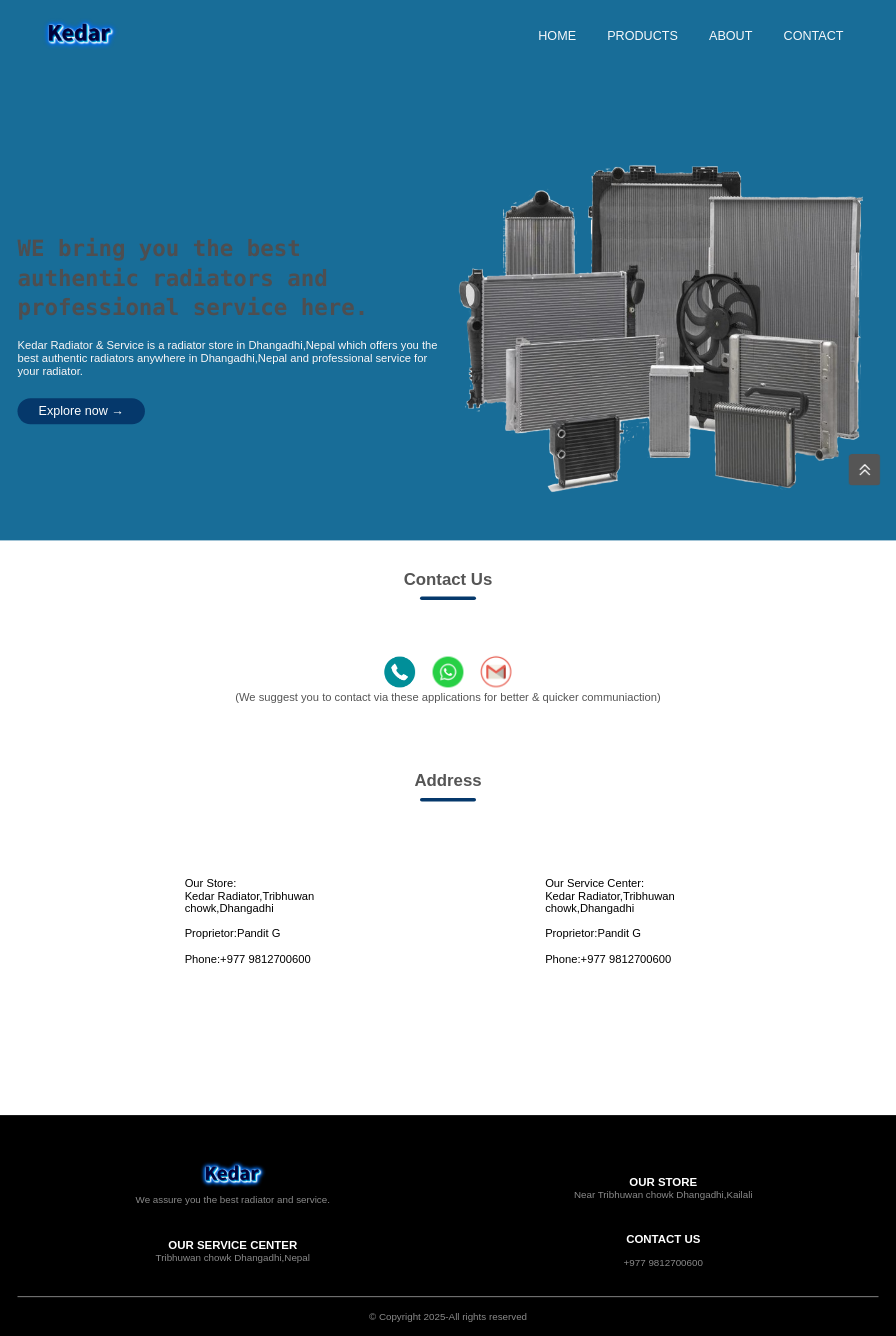
Repository: shyamchand-git/KedarRadiator
Page: contactsfrs.html
These files come from the project's save history. The page is drawn as it stood at one moment and after a run of saves; the edit follows.
The browser window is 1280 px wide. The pictures show the whole page, at 70% of full size.
Pictures or frames that could not be fetched are drawn as grey boxes. Some web fonts or font styles are not loaded; a fallback is used.

Above is the page before, as saved 2026-02-22 13:29:26.
Console error: TypeError: Cannot read properties of null (reading 'addEventListener')

### contactsfrs.html
<!DOCTYPE html>
<html lang="en">

<head>
    <meta charset="UTF-8">
    <meta name="Viewport" content="width=device-width,initial scale=1.0">
    <meta http-equiv="X-UA-Compatible" content="IE=edge">
    <meta name="viewport" content="width=device-width, initial-scale=1.0">
    <title> Kedar Radiator | Website</title>
    <link rel="preconnect" href="https://fonts.gstatic.com">
    <!-- <link href="ht://fonts.googleapis.com/css2?family=Poppins:ital,wght@0,300;0,600;0,700;1,400;1,500&display=swap"
        rel="stylesheet"> -->
    <link rel="stylesheet" href="stylefrs.css">
    <link rel="stylesheet" href="css/all.min.css">

</head>

<body>
    <a href="#section-1" class="scroll-top">
        <svg xmlns="http://www.w3.org/2000/svg" class="h-6 w-6" fill="none" viewBox="0 0 24 24" stroke="currentColor">
            <path stroke-linecap="round" stroke-linejoin="round" stroke-width="2" d="M5 11l7-7 7 7M5 19l7-7 7 7" />
        </svg>
    </a>

        <div class="header " id="section-1" style="background: #186d98;">
            <div class="container">
                <div class="naVbar ">
                    <div class="logo">
                        <a href="index.html"> <img src="images/kedar-logo.png" alt="Kedar Rediator"
                                width="120px"> </a>

                    </div>
                    <nav>
                       <ul id="menuitems">
                            <li><a href="index.html">HOME</a></li>
                            <li><a href="productsfrs.html">PRODUCTS</a></li>
                            <li><a href="aboutfrs.html">ABOUT</a></li>
                            <li><a href="contactsfrs.html">CONTACT</a></li>
                        </ul>
                    </nav>
                    <img src="images/menu.png" class="menuicon"
                        onclick="menutoggle()">
                </div>
                <div class="row">
                    <div class="col2">



                             <h1>WE bring you the best <br> authentic radiators and
                            <br> professional service here.</h1>


                            <p>Kedar Radiator & Service is a radiator store in
                            Dhangadhi,Nepal which offers you the best
                            authentic radiators anywhere in Dhangadhi,Nepal and
                            professional service for your radiator.</p>

                        <a href="aboutfrs.html" class="btn">Explore now
                            &#8594;</a>
                    </div>
                    <div class="col2">
                        <img src="images/rediatorgrp.png.png" width="610px">
                    </div>
                </div>
            </div>
        </div>

    <!-- contact form  -->
<!--
    <div class="container formcontainer" >
        <div class="row formrow">
            <div class="col2">
                <h2 class="tittle">Contact Form</h2>
                <form action="https://formspree.io/f/mgerzodj" method="POST" id="my-form">
                    <div class="formgroup">
                        <label for="firstname">First Name</label>
                        <input type="text" id="firstname" name="firstname">
                    </div>
                    <div class="formgroup">
                        <label for="lastname">Last Name</label>
                        <input type="text" id="lastname" name="lastname">
                    </div>
                    <div class="formgroup">
                        <label for="lastname">Institution Name</label>
                        <input type="text" id="lastname" name="lastname">
                    </div>
                    <div class="formgroup">
                        <label for="email">Email</label>
                        <input type="email" id="email" name="email">
                    </div>
                    <div class="formgroup">
                        <label for="number">Contact Number</label>
                        <input type="number" id="number" name="number">
                    </div>
                    <div class="formgroup">
                        <label for="message">Message</label>
                        <textarea name="message" id="message" cols="30" rows="10"></textarea>
                    </div>
                    <button type="submit">Submit</button>
                </form>
            </div>


            <div id="status" class=""></div>
        </div>

    </div> -->

    <!-- contact us -->

    <div class="small-container contact"  id="section-1" >
        <h2 class="tittle">Contact Us</h2>
        <div class="row contact_row">
            <a href="tel:+977 9812700600"><img src="images/call.png" width="44px"></a>
            <a href=""> <img src="images/whatsapp.png.png" width="44px"></a>
            <a href=""><img src="images/mail.png.png" width="45px"></a>
        </div>
        <div class="line">
            <h4>(We suggest you to contact via these applications for better & quicker communiaction)</h4>
        </div>
    </div>

    <div class="small-container">
        <h2 class="tittle">Address</h2>
        <div class="row">
            <div class="col4">
                <i class="fas fa-map-marker-alt"></i>
                <h4 style="color: black;">Our Store:
                    <br>
                   Kedar Radiator,Tribhuwan chowk,Dhangadhi
                    <br>
                    <br>
                    Proprietor:Pandit G
                    <br>


                    <br>
                    Phone:+977 9812700600
                    <br>



                </h4>
                <iframe
                    src="https://www.google.com/map/embed?pb=!1m18!1m12!1m3!1d3690.393098642442!2d91.80878721426929!3d22.338781247143615!2m3!1f0!2f0!3f0!3m2!1i1024!2i768!4f13.1!3m3!1m2!1s0x30acd8b89f4ec835%3A0x9f1e5e594d1cebb!2sFahim%20Radiator%20%26%20Service!5e0!3m2!1sen!2sbd!4v1624456840871!5m2!1sen!2sbd"
                    width="300" height="150" style="border:0;" allowfullscreen="" loading="lazy"></iframe>

            </div>
            <div class="col4">
                <i class="fas fa-map-marker-alt"></i>
                <h4 style="color: black;"">
                    Our Service Center:
                    <br>
                    Kedar Radiator,Tribhuwan chowk,Dhangadhi
                    <br>


                    <br>
                    Proprietor:Pandit G
                    <br>

                    <br>
                   Phone:+977 9812700600
                    <br>



                </h4>
                <iframe
                    src="https://www.google.com/map/embed?pb=!1m18!1m12!1m3!1d3690.393098642442!2d91.80878721426929!3d22.338781247143615!2m3!1f0!2f0!3f0!3m2!1i1024!2i768!4f13.1!3m3!1m2!1s0x30acd8b89f4ec835%3A0x9f1e5e594d1cebb!2sFahim%20Radiator%20%26%20Service!5e0!3m2!1sen!2sbd!4v1624456840871!5m2!1sen!2sbd"
                    width="300" height="150" style="border:0;" allowfullscreen="" loading="lazy"></iframe>
            </div>
        </div>
    </div>

       <!-- footer  -->
        <div class="footer">
            <div class="container">
                <div class="row">

                    <div class="footercol4">
                        <img src="images/kedar-logo.png" width="104px">
                        <p>We assure you the best radiator and service.</p>
                    </div>
                    <div class="footercol4">

                        <h3>OUR STORE</h3>

                        <p> Near Tribhuwan chowk  Dhangadhi,Kailali
                            </p>
                    </div>
                    <div class="footercol4">

                        <h3>OUR SERVICE CENTER</h3>

                        <p>Tribhuwan chowk  Dhangadhi,Nepal</p>
                    </div>
                    <div class="footercol4">

                        <h3>CONTACT US</h3>

                        <br>
                          <p>+977 9812700600</p>
                    </div>

                </div>
                <hr>
                <p class="copyright">&copy; Copyright 2025-All rights reserved
                </p>
            </div>
        </div>



</body>
<!-- js for toogle menu  -->
<script>
    var menuitems = document.getElementById("menuitems");

    menuitems.style.maxHeight = "0px";

    function menutoggle() {
        if (menuitems.style.maxHeight == "0px") {
            menuitems.style.maxHeight = "200px";
        }
        else {
            menuitems.style.maxHeight = "0px";
        }
    }
</script>

<!-- js for form  -->


<script>
    var form = document.getElementById("my-form");

    async function handleSubmit(event) {
        event.preventDefault();
        var status = document.getElementById("status");
        var data = new FormData(event.target);
        fetch(event.target.action, {
            method: form.method,
            body: data,
            headers: {
                'Accept': 'application/json'
            }
        }).then(response => {
            status.innerHTML = "Thanks for your submission!";
            status.classList.add("succes")
            form.reset()

        }).catch(error => {
            status.innerHTML = "There was a problem submitting your form(try the below sources for contact)"
        });
    }
    form.addEventListener("submit", handleSubmit)
</script>


</html>

### stylefrs.css
*{
    margin: 0;
    padding: 0;
    box-sizing: border-box;
}
html{
    scroll-behavior: smooth;
}

body{
    font-family: 'Poppins', sans-serif;

}
.scroll-top{

    height: 50px;
    width: 50px;
    background-color: #555;
    position: fixed;
    bottom: 10px;
    right: 10px;
    cursor: pointer;
    border-radius: 6px;
    box-shadow: 0px 0px 0px rgba(0,0,0,0.5);
    display: flex;
    align-items: center;
    justify-content: center;
    transform: scale(0.9);
    transition: 0.3s ease-in-out transform;

}
.scroll-top svg{
    width: 50%;
    color: #fff;
    pointer-events: none;
}
.scroll-top:hover{
    transform: scale(1);

}
.naVbar{





    display: flex;
    align-items: center;
    padding: 20px;


}
nav{
    flex: 1;
    text-align: right;


}

nav ul{
    list-style-type: none;
    display: inline-block;



}


nav ul li{
    display: inline-block;
    margin-right: 20px;
}
 a{
    text-decoration: none;
    color: #f7f9fb;
    border-radius:35px;
    margin: 14px 10px;
    font-size: 18px;



}

p{
    color: #fbf7f7;
}
.container{
    max-width: 1300px;
    margin: auto;
    padding: 0 25px;
}

.row{
    display: flex;
    flex-wrap: wrap;
    align-items: center;
    justify-content: space-around;

}
.col2{
    flex-basis: 50%;
    min-width: 300px;
}
.col2 img{
    max-width: 100%;
    padding: 50px 0;
}

.header{
    background:radial-gradient(#59c8c7,#4E4E50) ;


}
.sticky{
    position: -webkit-sticky;
    position: sticky;
    top: 0;



}
.sticky-naVbar{
    padding: 0;
}
.header .row{
    margin-top: 70px ;
}
.btn{
    display: inline-block;
    color: #fff;
    background: #05386B;
    padding: 8px 30px;
    margin: 30px 0;
    border-radius: 30px;
    transition: background 0.5s;
}
.btn:hover{
    background: #4E4E50;

}

.col2 h1{
    font-size: 32px;
    line-height: 42px;
    margin: 25px 0;
    color:#4E4E50;
    font-family: consolas;
}


/* categories  */
.tittle{
    text-align: center;
    margin: 0 auto 80px;
    position: relative;
    line-height: 60px;
    color: #555;
}
.tittle::after{
    content:'';
    display: block;
    background :#05386B;
    width: 80px;
    height: 5px;
    border-radius: 5px;
    position: absolute;
    bottom: 0;
    left: 50%;
    transform: translateX(-50%);

}
.categories{
    margin: 70px 0;
}
.col3{
    flex-basis: 25%;
    margin-bottom: 30px;
    min-width: 250px;
}
.col3 h4{
    text-align: center;
    color:#555 ;
    margin-bottom: 20px;
}
.col3 img{
    width: 100%;
}

/* featured products */
.small-container{
    max-width: 1080px;
    margin: auto;
    padding-left: 25px;
    padding-right: 25px;
    padding-top: 25px;
}
h4{
    color: #555;
    font-weight: normal;
}
.col4 p{
    font-size: 14px;
    color: #555;
}
/* .col4:hover{
    transform: translateY(-6px);
} */
.col4{
    flex-basis: 25%;
    padding: 10px;
    min-width: 200px;
    margin-bottom: 50px;
    /* transition: transform 0.5s; */
    cursor: pointer;
}
.col4 img{
    width: 100%;
}
.pagebtn span{
    display: inline-block;
    border: 1px solid #05386B;
    margin-left: 10px;
    width: 40px;
    height: 40px;
    text-align: center;
    line-height: 40px;
    cursor: pointer;

}
.pagebtn span a{
    color: #555;
}

.pagebtn span:hover{
    background: #05386B;
    color: #fff;
}
.pagebtn span a:hover{
    color: white;
}


/* brands */
.brands{
    margin: 100px auto 0;
}
.col5{
    width: 160px;
}
.col5 img{
    width: 100%;
    cursor: pointer;
    filter: grayscale(100%);
}
.no-scale img{
filter: none;
}

.col5 img:hover{
    filter: grayscale(0);
}

/* testimonial */
.testimonial{
    margin: 100px auto;

}
.testimonial .col3{
   text-align: center;
   padding: 40px 20px;
   box-shadow: 0 0 20px 0 rgb(0,0,0.1);
   cursor: pointer;
   transition: transform 0.5s;
}
.testimonial .col3 img{
    width: 80px;
    margin-top: 20px;
    border-radius: 50%;
}
.col3 p{
    font-size: 12px;
    margin: 12px 0;
    color: #777;
}
.testimonial .col3:hover{
    transform: translateY(-10px);
}
.testimonial .col3 h3{
    font-weight: 600;
    color: #555;
    font-size: 16px;
}

/* media query for menu */
.menuicon{
    width: 28px;
    margin-left: 20px;
    display: none;
}
@media screen and (max-width:800px){
    naV ul{
        position: absolute;
        top: 70px;
        left: 0;
        background:#4E4E50 ;
        width: 100%;
        overflow: hidden;
        transition: max-height 0.5s;
    }
    naV ul li{
        display: block;
        margin-right: 50px;
        margin-top: 10px;
        margin-bottom: 10px;
    }
    naV ul li a{
        color: white;
    }
    .menuicon{
        display:inline-block;
        cursor: pointer;
    }
}


/* footer  */
.footer{
    background: #000;
    color: #8a8a8a;
    font-size: 14px;
    padding: 60px 0 20px;
}
.footer p{
    color: #8a8a8a;
}
.footer h3{
    color: #fff;
    margin-top: 20px;
}
.footercol4{
    min-width:250px ;
    margin-bottom: 20px;
    flex-basis: 50%;
     text-align: center;
}


.footer hr{
    border: none;
    background: #b5b5b5;
    height: 1px;
    margin: 20px 0;
}
.copyright{
    text-align: center;
}

.footercol4 a{
    display: inline-block;
}


/* contact page form  */
.formcontainer{
    width: 90%;
    max-width: 500px;
    margin: 0 auto;
    padding: 20px;
    box-shadow: 0 0 20px #00000020;
    background-color: #fff;
    border-radius: 10px;
    margin-bottom: 20px;
}
.formrow{
   flex-direction: column;
   align-items: center;
   justify-content: center;

}


.formgroup{
    width: 100%;
    margin-top: 20px;
    font-size: 20px;
}
.formgroup input
.formgroup textarea
{
width: 100%;
padding: 5px;
font-size: 18px;
border: 1px solid rgb(187, 187, 187);
color: #555;
margin-top: 5px;
}
textarea{
resize: vertical;
}
button[type="submit"]{
    width: 100%;
    border: none;
    outline: none;
    padding: 5px;
    font-size: 15px;
    border-radius: 27px;
    font-family: montserrat;
    color:#0493f3 ;
    text-align: center;
    cursor: pointer;
    margin-top: 10px;
    transition: .3s ease background-color;
}
button[type="submit"]:hover{
    background-color: #c8e2f3;
}
#status{
    width: 90%;
    max-width: 500px;
    text-align: center;
    padding: 5px;
    margin: 8px auto;
    border-radius: 28px;

}
#status.succes{
    background-color: rgb(181, 236, 98);
    animation: status 4s ease forwards;
}
#status.error{
    background-color: rgba(218, 55, 55, 0.897);
    color: #fff;
    animation: status 4s ease forwards;
}
@keyframes status {
    0%{
        opacity: 1;
        pointer-events: 1;
    }
    90%{
        opacity: 1;
        pointer-events: 1;
    }
   100%{
        opacity: 0;
        pointer-events: none;
    }
}
/* media query for 600 scren size */
@media screen and (max-width:600px){
    .row{
        text-align: center;

    }
    .col2, .col3, .col4{
        flex-basis: 100%;
    }
     .radiator .radiator-p{
        margin: 0;
    }
    .scroll-top:hover{
        transform: scale(0.9);
    }

}


.contact_row {
    display:block;
   text-align: center;
}
.line{
    text-align: center;
    padding-bottom: 55px;
}
.fa-map-marker-alt{
    color: #555;
}
.Vehcle-brand{
    margin: 0 auto;
}


.radiator-p {
    color: #555;
    margin: 0 200px;

}
.detail-p{
    color: #555;


}
                         /* about page  */

.offer{
    background:radial-gradient(#59c8c7,#4E4E50);
    margin-top: 80px;
    padding: 30px 0;
}
.offer .offer-img{
    padding: 50px;
}
                      /* single product */
.single-product{
    margin-top: 80px;
    margin: 20px 0;
    font-size: 22px;
    font-weight: bold;
}
.single-product .col2{
    padding: 20px;
}
.single-product .col2 img{
    padding: 0;

}
.single-product .fa{
    margin-left: 10px;
    color: #05386B;
}
.radiator-a{
    color:#05386B ;
    font-size: 21px;
    font-weight: 700;
    text-align: center;
    display: flex;
    justify-content: center;
}

Loaded but not shown: css/all.min.css (library)

After the next 2 saves:
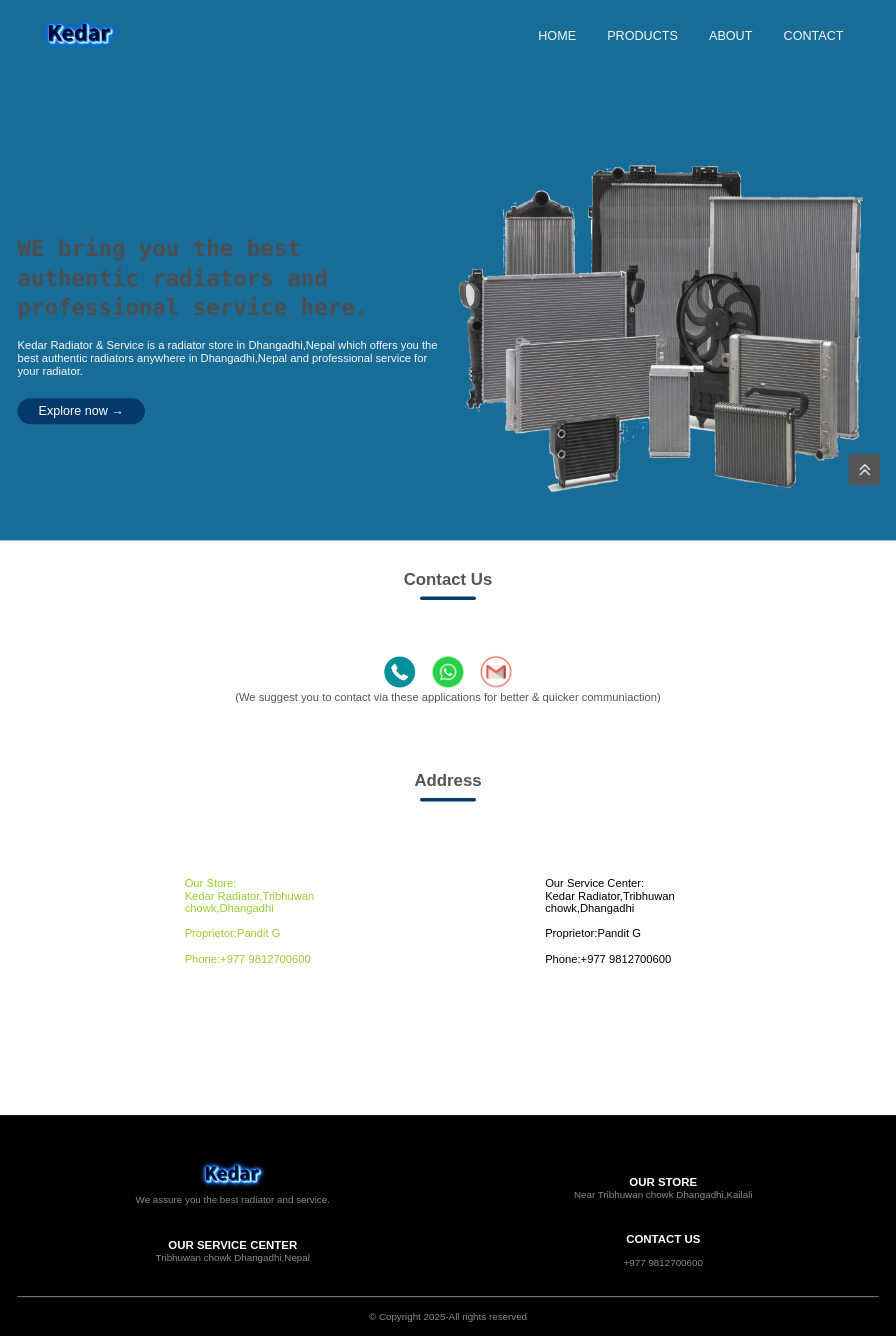
The 2 saves are shown as one change because they came seconds apart.
The last was saved 42 s later.
--- a/contactsfrs.html
+++ b/contactsfrs.html
@@ -125,7 +125,7 @@
         <div class="row">
             <div class="col4">
                 <i class="fas fa-map-marker-alt"></i>
-                <h4 style="color: black;">Our Store:
+                <h4 style="color: yellowgreen;">Our Store:
                     <br>
                    Kedar Radiator,Tribhuwan chowk,Dhangadhi
                     <br>
